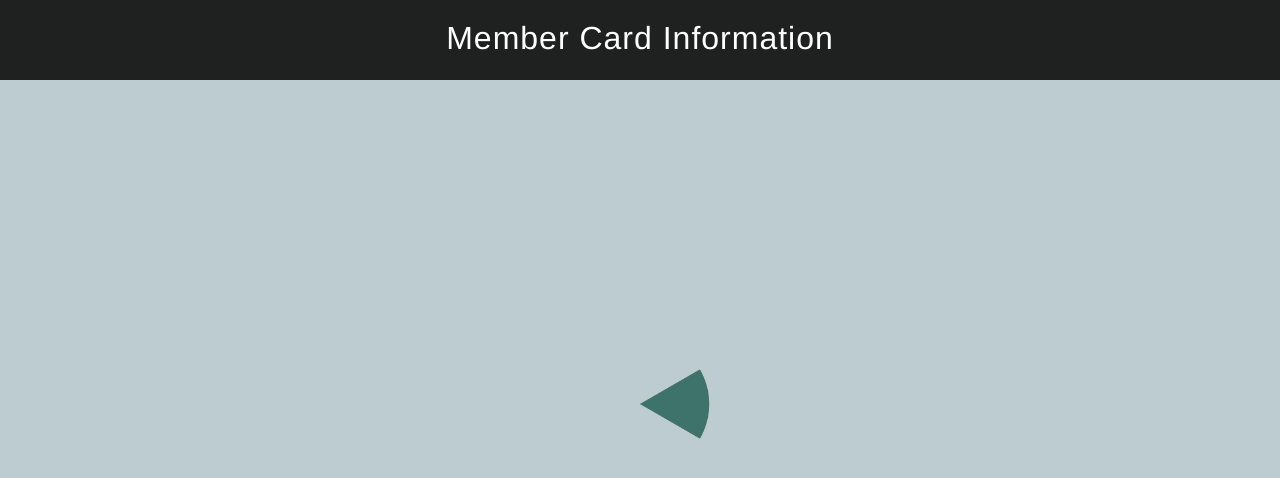
Repository: Leooook/lzhao-fed-test
Page: /
The author's editor kept a copy of each file at every save. The page is drawn from the files as they stood at one save, then again after the next save.
The browser window is 1280 px wide. The pictures show the whole page.
The page's requests for data from a server got no answer. The project was rebuilt for these pictures with package versions that can differ from the ones it lists, and the page was loaded fresh each time. No one was signed in, and anything a server would have sent is missing. Also part of the build but not shown: src/components/detail.js.

Above is the page before, as saved 2021-03-16 11:29:46.

After the next save:
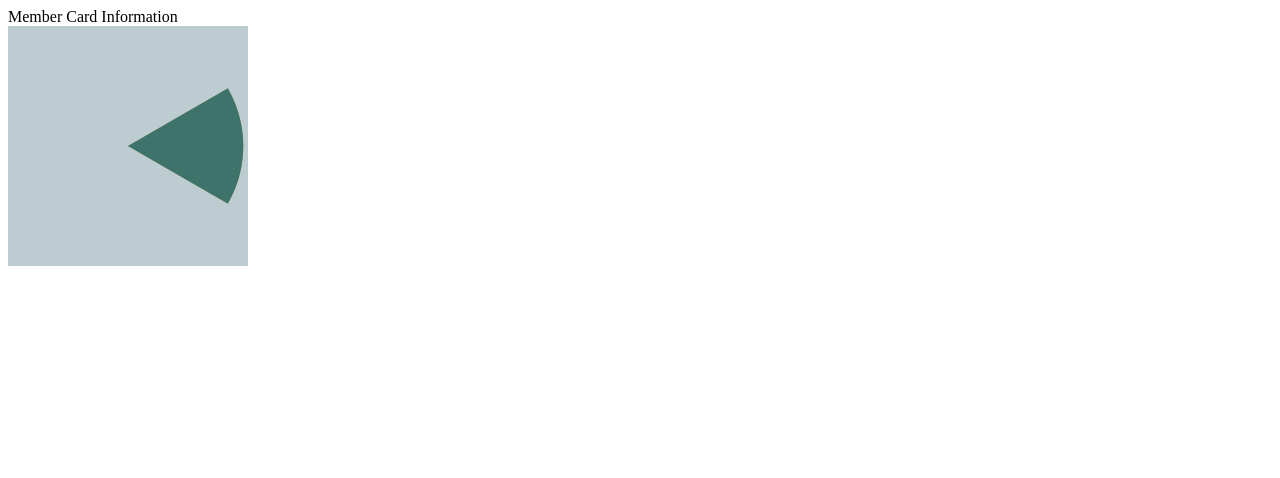
Saved 13 s later.
--- a/src/App.js
+++ b/src/App.js
@@ -2,7 +2,6 @@
 import React, { Component } from 'react'
 import { BsCaretDownFill } from 'react-icons/bs'
 
-import './App.css'
 import Header from './components/header'
 import Feature from './components/feature'
 

After the 3 saves that followed:
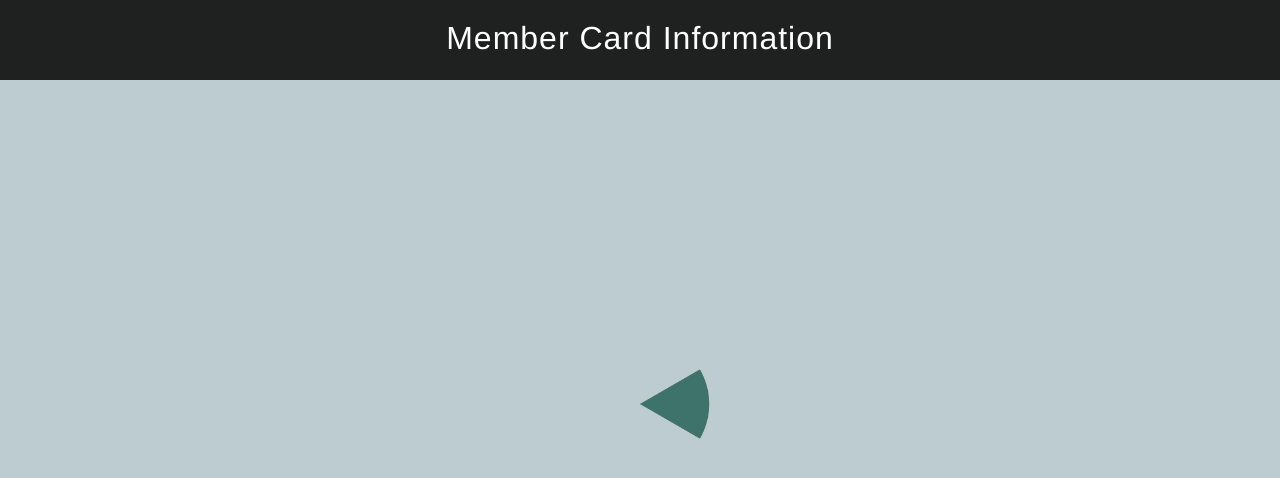
The 3 saves are shown as one change because 1 left the picture as it was and some came seconds apart.
The last was saved 33 s later.
--- a/src/index.html
+++ b/src/index.html
@@ -5,7 +5,6 @@
 		<meta http-equiv="X-UA-Compatible" content="IE=edge,chrome=1" />
 		<title>Member Card Info</title>
 		<meta name="description" content="" />
-    <link rel="stylesheet" src="./App.css">
 		<meta name="viewport" content="width=device-width, initial-scale=1.0, maximum-scale=1.0, user-scalable=no" />
 	</head>
 	<body>
--- a/src/App.js
+++ b/src/App.js
@@ -2,6 +2,7 @@
 import React, { Component } from 'react'
 import { BsCaretDownFill } from 'react-icons/bs'
 
+import './App.css'
 import Header from './components/header'
 import Feature from './components/feature'
 
